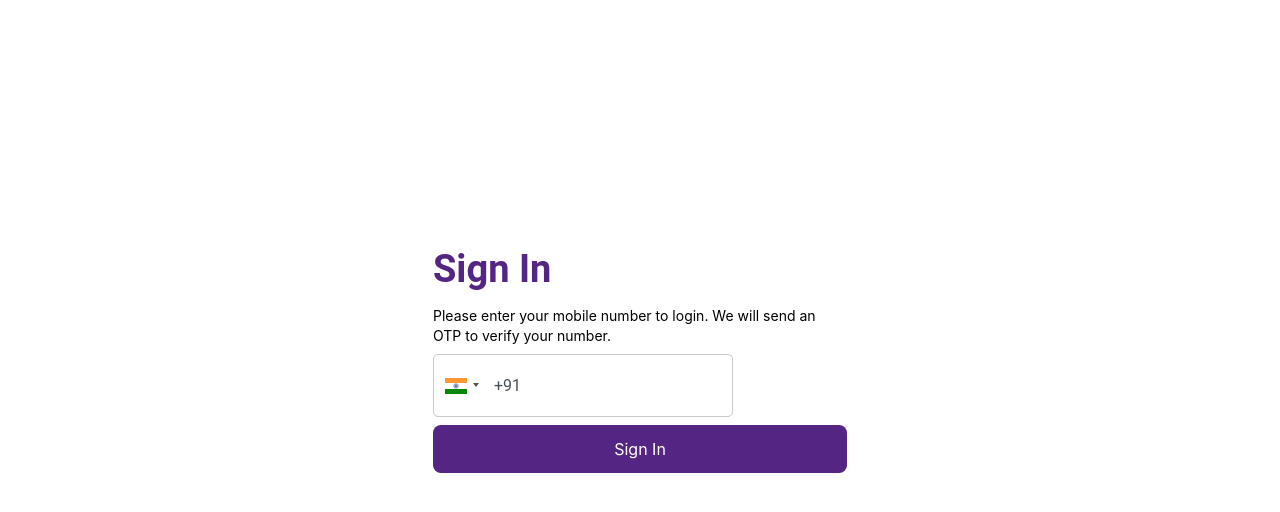
Repository: jayaprakash27/helloar-task
Page: /
The author's editor kept a copy of each file at every save. The page is drawn from the files as they stood at one save, then again after the next save.
The browser window is 1280 px wide. The pictures show the whole page.
The project was rebuilt for these pictures with package versions that can differ from the ones it lists, and the page was loaded fresh each time.

Above is the page before, as saved 2023-10-26 23:45:55.

After the next save:
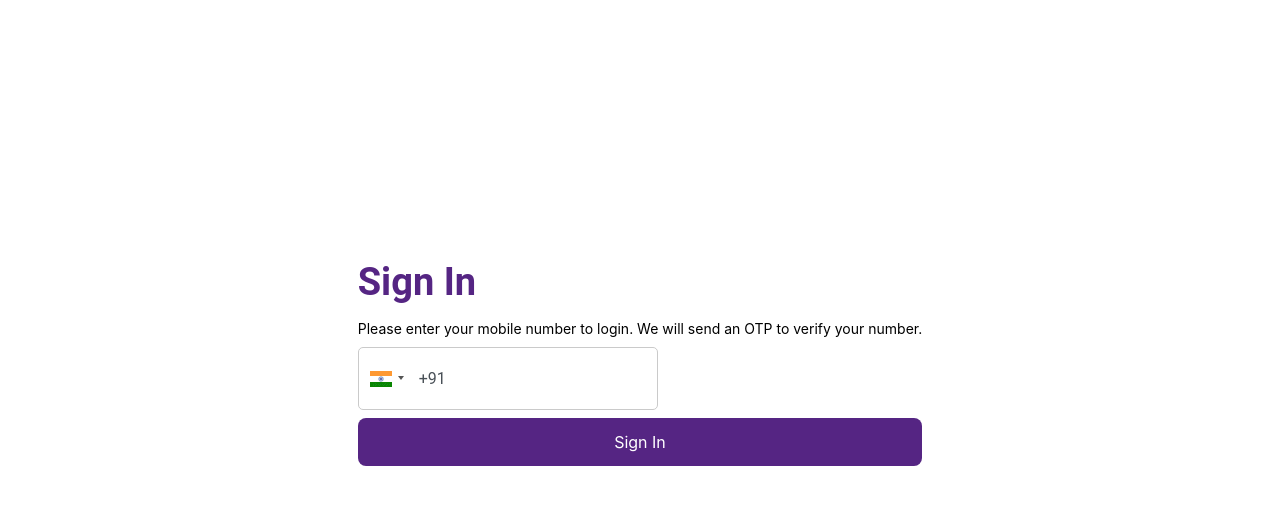
Saved 74 s later.
--- a/src/components/login.css
+++ b/src/components/login.css
@@ -6,12 +6,6 @@
     justify-content: center;
     align-items: center;
 }
-.login-box {
-  width: 414px;
-  height: 238px;
-  top: 384px;
-  left: 513px;
-}
 .login-box h1 {
   font-family: Roboto;
   font-size: 38px;
